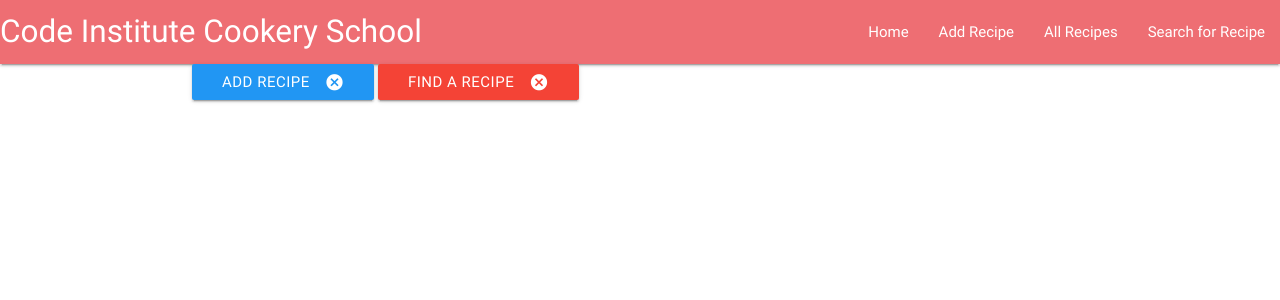
Repository: nakitamccool/francisillingworth-milestone-project-3
Page: http://localhost/
The author's editor kept a record of every edit. The page is drawn from the files as they stood at one moment, then again after the next edit.
The browser window is 1280 px wide. The pictures show the whole page.
The page is served by the project's application, run on Flask 3 (app.py).

Above is the page before.

### templates/index.html
{% extends 'base.html' %} {% block content %}

<a href="{{ url_for('get_recipes') }}" class="waves-effect waves-light btn blue">
                <i class="material-icons right">cancel</i>Add Recipe
            </a>


<a href="{{ url_for('get_recipes') }}" class="waves-effect waves-light btn red">
                <i class="material-icons right">cancel</i>Find a Recipe
            </a>

{% endblock %}

### templates/base.html
<!DOCTYPE html>
<html lang="en">
<head>
    <link href="https://fonts.googleapis.com/icon?family=Material+Icons"
      rel="stylesheet">
    <link rel="stylesheet"  href="https://cdnjs.cloudflare.com/ajax/libs/materialize/0.100.2/css/materialize.min.css">
    <link rel="stylesheet" href="{{url_for('static' , filename = "css/style.css")}}" type="text/css" />

</head>
<body>
  <header>
    <nav>
    <div class="nav-wrapper">
      <a href="#" class="brand-logo">Code Institute Cookery School</a>
      <ul id="nav-mobile" class="right hide-on-med-and-down">
        <li><a href="index.html">Home</a></li>
        <li><a href="{{ url_for('add_recipe') }}">Add Recipe</a></li>
        <li><a href="{{ url_for('get_recipes') }}">All Recipes</a></li>
        <li><a href="{{ url_for('find_recipe') }}">Search for Recipe</a></li>
      </ul>
    </div>
  </nav>
  </header>
    <div class="container">
    {% block content %}
    {% endblock %}
    </div>
    <script src="https://cdnjs.cloudflare.com/ajax/libs/jquery/3.4.1/jquery.min.js" integrity="sha256-CSXorXvZcTkaix6Yvo6HppcZGetbYMGWSFlBw8HfCJo=" crossorigin="anonymous"></script>
    <script src="https://cdnjs.cloudflare.com/ajax/libs/materialize/0.100.2/js/materialize.min.js"></script>
    <script type="text/javascript">
         $(document).ready(function(){
    $('.collapsible').collapsible();
    $('select').material_select();
  });

    </script>


</body>
</html>

### app.py
import os
from flask import Flask , render_template, redirect, request, url_for
from flask_pymongo import PyMongo
from bson.objectid import ObjectId


db_password = os.environ.get('DB_PASSWORD')

app = Flask(__name__)

app.config["MONGO_DBNAME"] = 'recipe_project'
app.config["MONGO_URI"] = 'mongodb+srv://root:r00tUser@myfirstcluster-aogax.mongodb.net/recipe_project?retryWrites=true&w=majority'

mongo = PyMongo(app)

@app.route('/')



@app.route('/index')
def index():
    return render_template("index.html")


@app.route('/get_recipes')
def get_recipes():
    return render_template("recipes.html", recipes=mongo.db.recipe.find())


@app.route('/add_recipe')
def add_recipe():
    return render_template('addrecipe.html', cuisine=mongo.db.cuisine.find())


@app.route('/insert_recipe', methods=['POST'])
def insert_recipe():
    recipes=mongo.db.recipe
    recipes.insert_one(request.form.to_dict())
    return redirect(url_for('get_recipes'))


@app.route('/edit_recipe/<recipe_id>')
def edit_recipe(recipe_id):
    the_recipe = mongo.db.recipe.find_one({"_id": ObjectId(recipe_id)})
    all_cuisine = mongo.db.cuisine.find()
    return render_template('editrecipe.html', recipe = the_recipe, cuisine=all_cuisine)



@app.route('/update_recipe/<recipe_id>', methods = ["POST"])
def update_recipe(recipe_id):
    recipes = mongo.db.recipe
    recipes.update( {'_id': ObjectId(recipe_id)},
    {
        'recipe_name' : request.form.get('recipe_name'),
        'cuisine_type' : request.form.get('cuisine_type'),
        'author' : request.form.get('author'),
        'ingredients' : request.form.get('ingredients'),
        'method' : request.form.get('method'),
        'cook_time' : request.form.get('cook_time'),
    })
    return redirect(url_for('get_recipes'))

@app.route('/delete_recipe/<recipe_id>')
def delete_recipe(recipe_id):
    mongo.db.recipe.remove({'_id':ObjectId(recipe_id)})
    return redirect(url_for('get_recipes'))





@app.route('/get_cuisines')
def get_cuisines():
    return render_template('cuisines.html', cuisine=mongo.db.cuisine.find())


@app.route('/edit_cuisine/<cuisine_id>')
def edit_cuisine(cuisine_id):
    return render_template('editcuisine.html', cuisine=mongo.db.cuisine.find_one({'_id':ObjectId(cuisine_id)}))


@app.route('/update_cuisine/<cuisine_id>', methods=['POST'])
def update_cuisine(cuisine_id):
    mongo.db.cuisine.update(
        {'_id': ObjectId(cuisine_id)},
        {'cuisine_type': request.form.get('cuisine_type')})
    return redirect(url_for('get_cuisines'))



@app.route('/add_cuisine')
def add_cuisine():
    return render_template('addcuisine.html', cuisine=mongo.db.cuisine.find())


@app.route('/insert_cuisine', methods=['POST'])
def insert_cuisine():
    cuisines=mongo.db.cuisine
    cuisines.insert_one(request.form.to_dict())
    return redirect(url_for('add_recipe'))



@app.route('/delete_cuisine/<cuisine_id>')
def delete_cuisine(cuisine_id):
    mongo.db.cuisine.remove({'_id':ObjectId(cuisine_id)})
    return redirect(url_for('get_cuisines'))



@app.route('/add_cuisine_edit')
def add_cuisine_edit():
    return render_template('addcuisine-edit.html', cuisine=mongo.db.cuisine.find())


@app.route('/insert_cuisine_edit', methods=['POST'])
def insert_cuisine_edit():
    cuisines=mongo.db.cuisine
    cuisines.insert_one(request.form.to_dict())
    return redirect(url_for('get_cuisines'))



@app.route('/find_recipe')
def find_recipe():
    return render_template("findrecipe.html", cuisine=mongo.db.cuisine.find(), authors=mongo.db.recipe.find().distinct('author'))

@app.route('/filter_recipes')
def filter_recipes():
     return render_template("results.html")







if __name__ == '__main__':
    app.run(host=os.environ.get('IP'),
            port=int(os.environ.get('PORT')),
            debug=True)

### static/css/style.css
.btn_edit{
    height:28px;
    margin: 5px 15px;
    line-height: 28px;
    padding-left: 3px;
    padding-right: 6px;



}

.btn_delete{
    height:28px;
    margin: 5px 15px ;
    line-height: 28px;
    padding-left: 5px;
    padding-right: 5px;
    background-color: #b70808;

}

.collapsible-header i {
 margin:0;}

 .btn_delete:hover {
    background-color: #71231d;
}

.cancel_button{
    margin: 5px 15px;
    padding-left: 3px;
    padding-right: 6px;
    background-color: #b70808

}


 .cancel_button:hover {
    background-color: #71231d;
}


.recipe_header{
    margin-top:5px;
    margin-right: 20px;
}

.deleteEdit{
    margin-left:auto;
    margin-right:0;
}

.add_cuisine{
    margin-top: 0;
    margin-left:5%;
}

After the next edit:
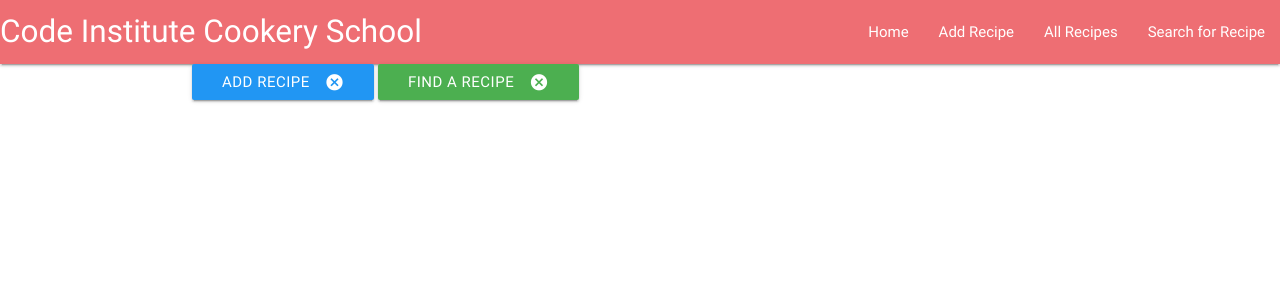
The edit:
--- a/templates/index.html
+++ b/templates/index.html
@@ -5,7 +5,7 @@
             </a>
 
 
-<a href="{{ url_for('get_recipes') }}" class="waves-effect waves-light btn red">
+<a href="{{ url_for('get_recipes') }}" class="waves-effect waves-light btn green">
                 <i class="material-icons right">cancel</i>Find a Recipe
             </a>
 
